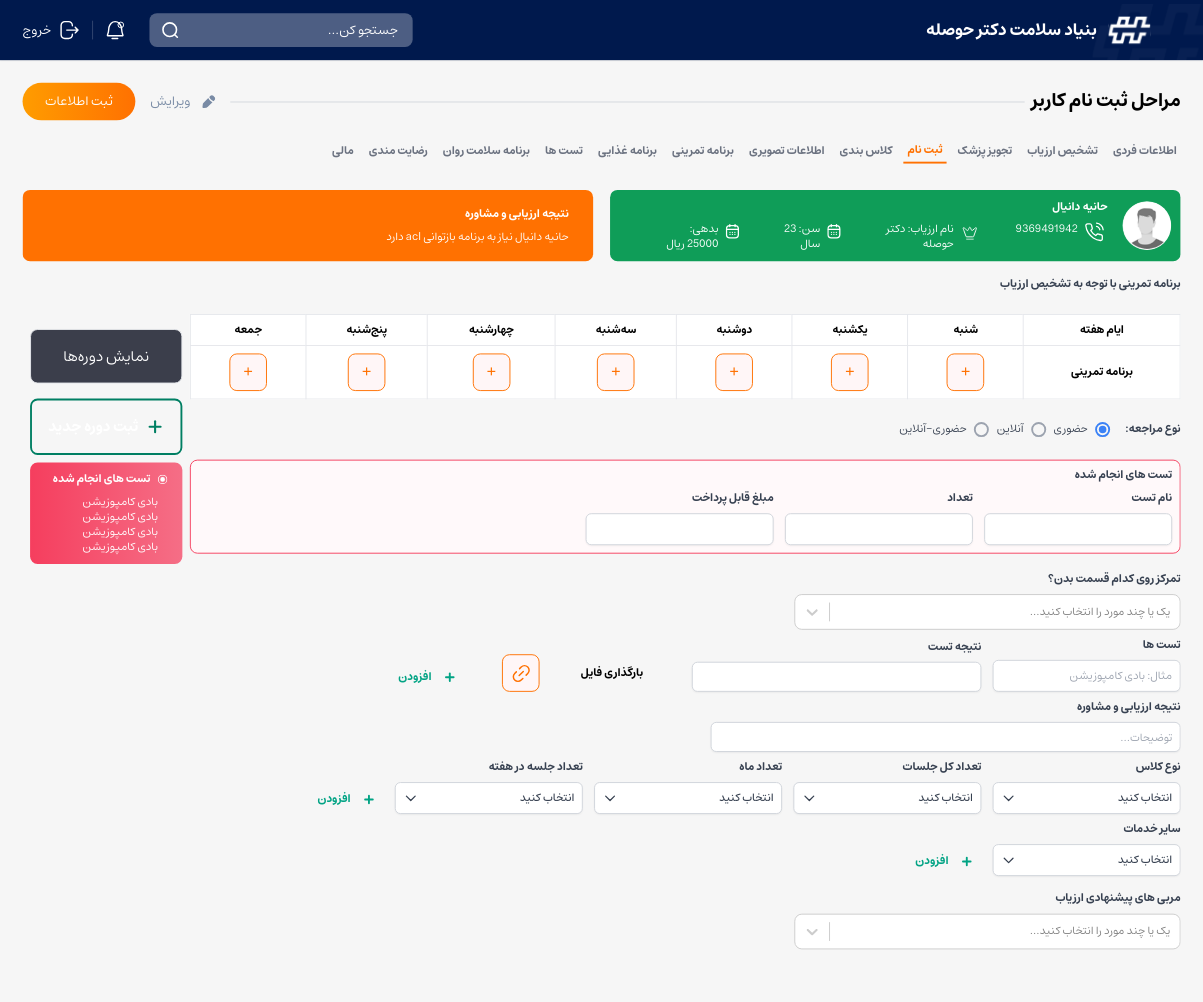
Repository: mirnajafi/ERP_hoseleh_V1.0
Page: /register, after clicking the first element matching `div.flex > :nth-child(4)`
An editor plug-in stored every save of this project. The page is shown before and after the next save, followed by the edit.
The browser window is 1280 px wide. The pictures show the whole page, at 94% of full size.
Some web fonts or font styles are not loaded; a fallback is used. The project was rebuilt for these pictures with package versions that can differ from the ones it lists, and the page was loaded fresh each time. The framework's server and built-in components were replaced by stand-ins that run in the browser. Also part of the build but not shown: next.config.mjs, src/components/icons/trash.tsx, src/components/weekTable/weekTable.css, src/components/icons/copy.tsx, src/components/recognitionEvaluator/recognitionEvaluator.tsx.

Above is the page before, as saved 2025-02-28 23:52:18.

After the next save:
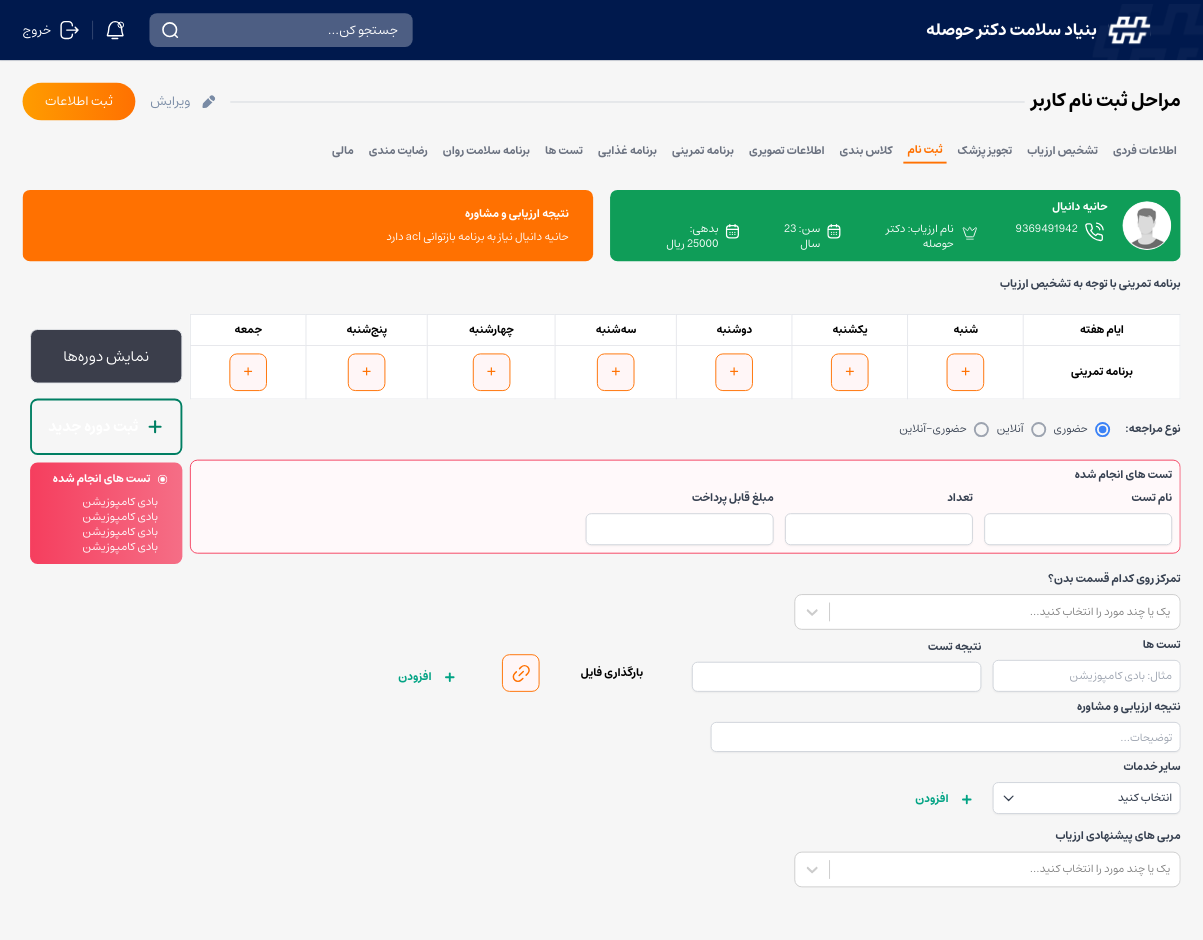
Saved 7 s later.
--- a/src/components/registration/registration.tsx
+++ b/src/components/registration/registration.tsx
@@ -178,30 +178,7 @@ const Registration = () => {
 
             </div>
 
-            <div className="flex flex-col xl:flex-row w-full xl:items-end xl:justify-right ">
-                <Dropdown
-                    label="نوع کلاس"
-                    options={["گزینه 1", "گزینه 2", "گزینه 3"]}
-                    onSelect={handleSelect}
-                />
-                <Dropdown
-                    label="تعداد کل جلسات"
-                    options={["گزینه 1", "گزینه 2", "گزینه 3"]}
-                    onSelect={handleSelect}
-                />
-                <Dropdown
-                    label="تعداد ماه"
-                    options={["گزینه 1", "گزینه 2", "گزینه 3"]}
-                    onSelect={handleSelect}
-                />
-                <Dropdown
-                    label="تعداد جلسه در هفته"
-                    options={["گزینه 1", "گزینه 2", "گزینه 3"]}
-                    onSelect={handleSelect}
-                />
-                <TransparentBtn label='افزودن' />
-
-            </div>
+
             <div className="flex flex-col xl:flex-row w-full xl:items-end xl:justify-right ">
                 <Dropdown
                     label="سایر خدمات"
